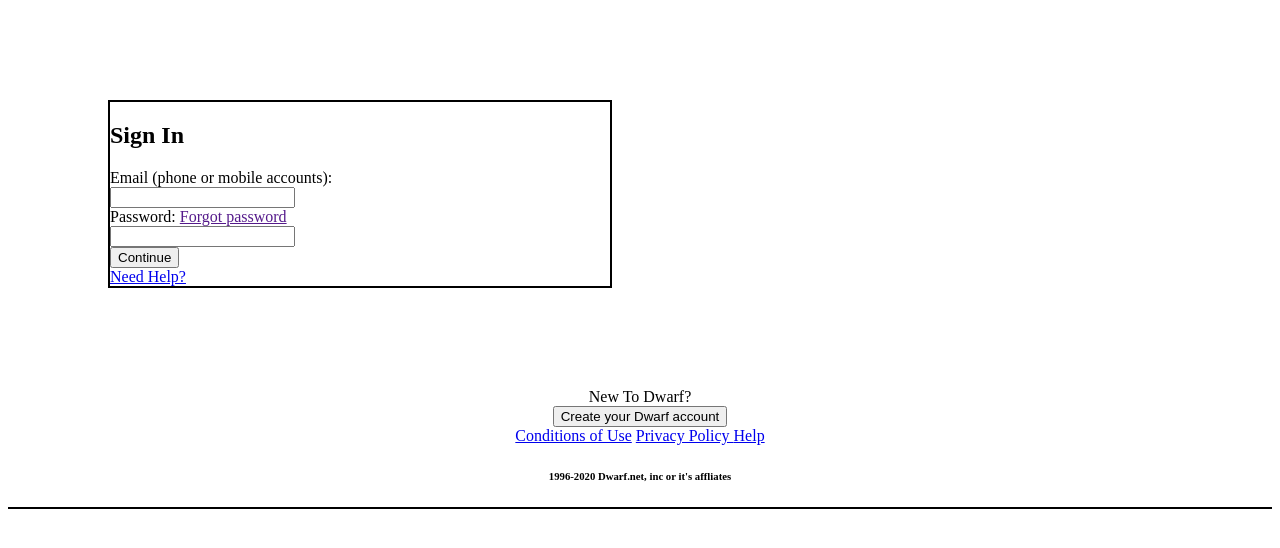
Repository: brittmarie333/replica
Page: index.html
An editor plug-in stored every save of this project. The page is shown before and after a run of saves, followed by the edit.
The browser window is 1280 px wide. The pictures show the whole page.

Above is the page before, as saved 2024-05-27 12:41:11.

### index.html
<!DOCTYPE html>
<html lang="en">
<head>
    <meta charset="UTF-8">
    <meta name="viewport" content="width=device-width, initial-scale=1.0">
    <link rel="stylesheet" href="index.css">
    <title>Log In</title>
</head>
<body>

    <form action="/data.php">
        <h2>Sign In</h2>
        <label for="username">Email (phone or mobile accounts):</label><br>
        <input type="text" id="fname" name="fname"><br>
        <label for="pword">Password: </label> <text align="right"><a href="">Forgot password</a></text><br>
        <input type="text" id="lname" name="lname" ><br>
        <button>Continue</button>
        <br>
        <a href="http">Need Help?</a>
      </form>




      New To Dwarf?
      <br>
      <button id="create">Create your Dwarf account</button>
      <br>
      <a href="http"> Conditions of Use</a>
      <a href="http"> Privacy Policy </a>
      <a href="http"> Help </a>
      <br>

      <h6> 1996-2020 Dwarf.net, inc or it's affliates</h6>


</body>
</html>

### index.css
h2  {
    text-align: left;
}

body {
    text-align: center;
    border-bottom: 2px solid black;
}
form{
    text-align: left;
    border: 2px solid;
    border color: light grey;
    margin: 100px;
    width: 500px;

}

After the next 2 saves:
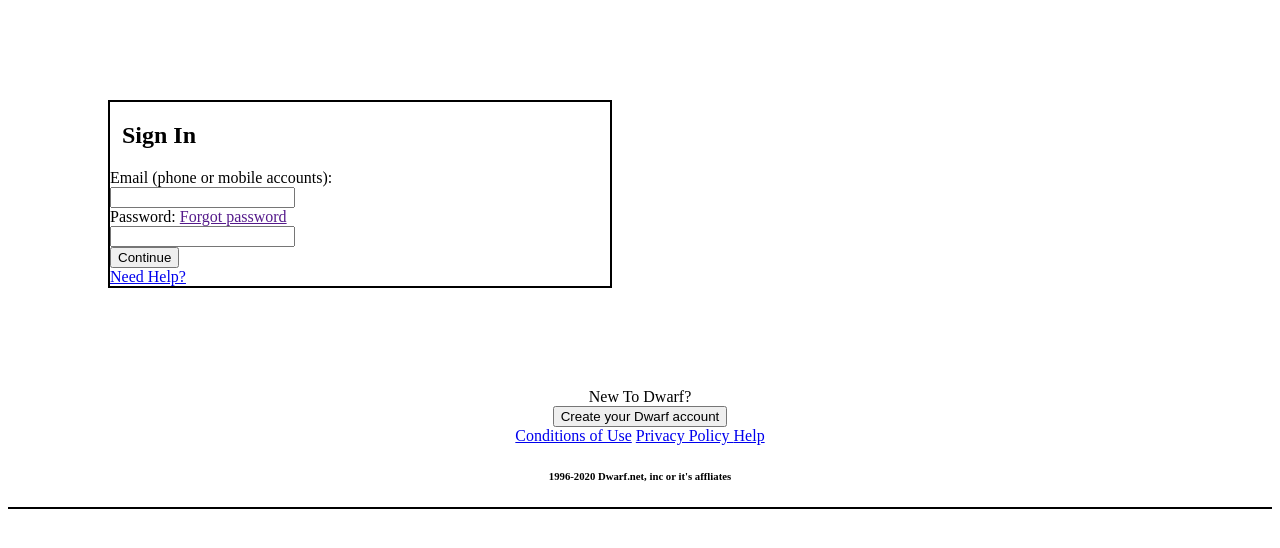
The 2 saves are shown as one change because they came seconds apart.
The last was saved 2 min 14 s later.
--- a/index.html
+++ b/index.html
@@ -9,7 +9,7 @@
 <body>
 
     <form action="/data.php">
-        <h2>Sign In</h2>
+        <h2>&ensp;Sign In</h2>
         <label for="username">Email (phone or mobile accounts):</label><br>
         <input type="text" id="fname" name="fname"><br>
         <label for="pword">Password: </label> <text align="right"><a href="">Forgot password</a></text><br>
